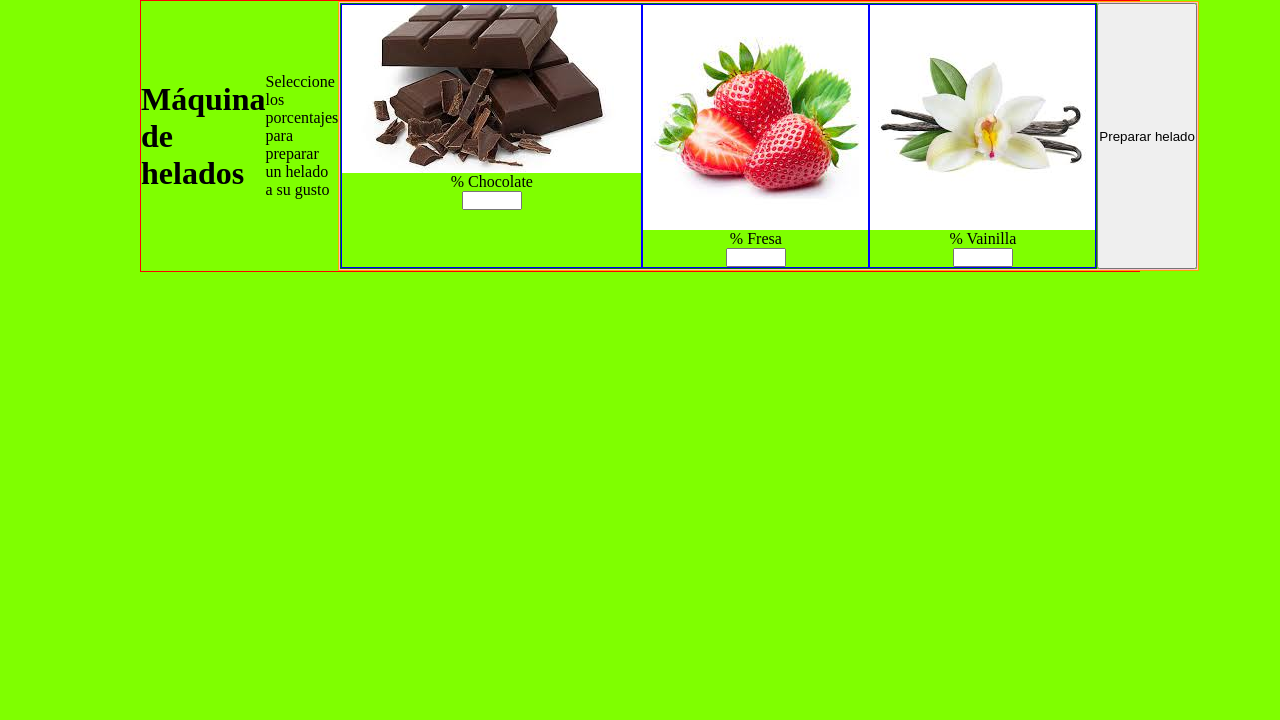
Repository: Ibizus/ejercicios_JSP
Page: http://localhost/ejercicios_Hector/ejercicio10/index.jsp
An editor plug-in stored every save of this project. The page is shown before and after the next save, followed by the edit.
The browser window is 1280 px wide. The pictures show the whole page.
The page is served by Tomcat 9.

Above is the page before, as saved 2023-11-16 17:55:40.

After the next save:
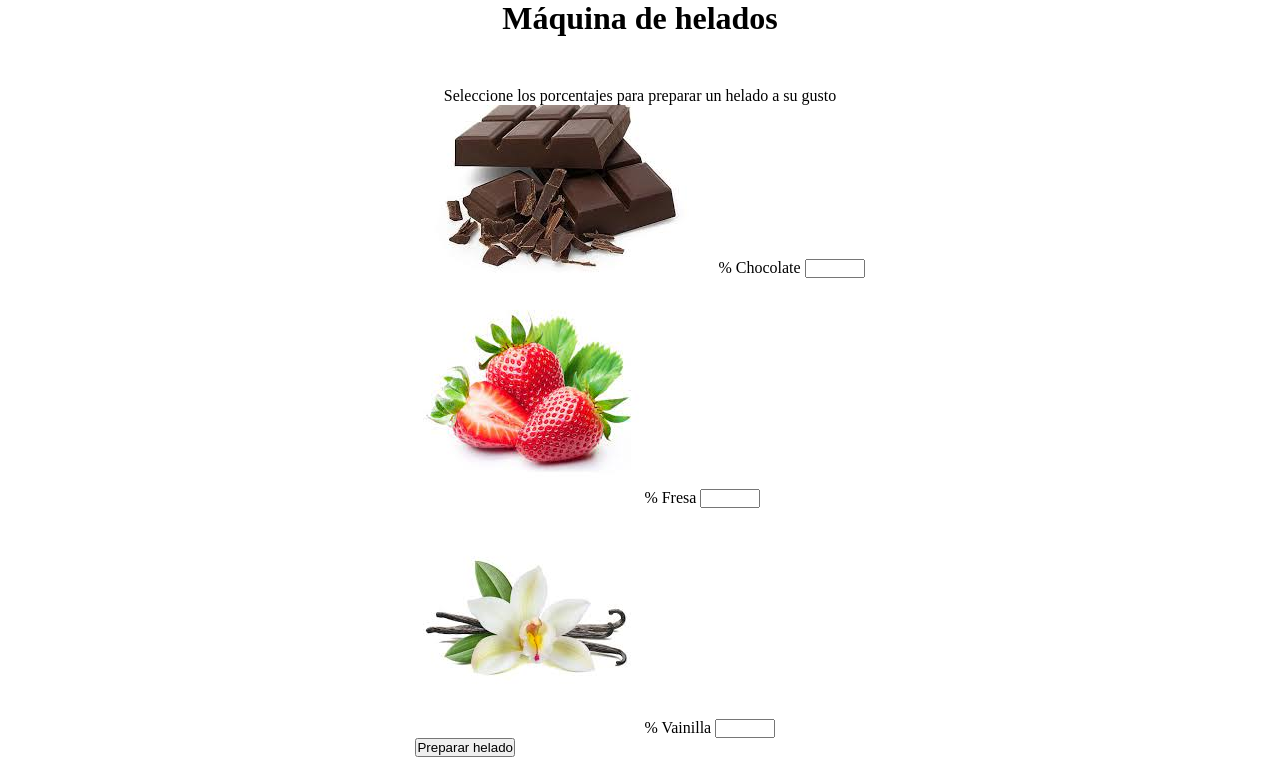
Saved 59 s later.
--- a/ejercicios_Hector/src/main/webapp/ejercicio10/index.jsp
+++ b/ejercicios_Hector/src/main/webapp/ejercicio10/index.jsp
@@ -4,7 +4,7 @@
 <html>
 <head>
 	<meta charset="UTF-8">
-	<link rel="stylesheet" href="css/style.css"/>
+	<link rel="stylesheet" href="css/helado.css"/>
 	<title>Ejercicio 10</title>
 </head>
 <body>

After the save that followed:
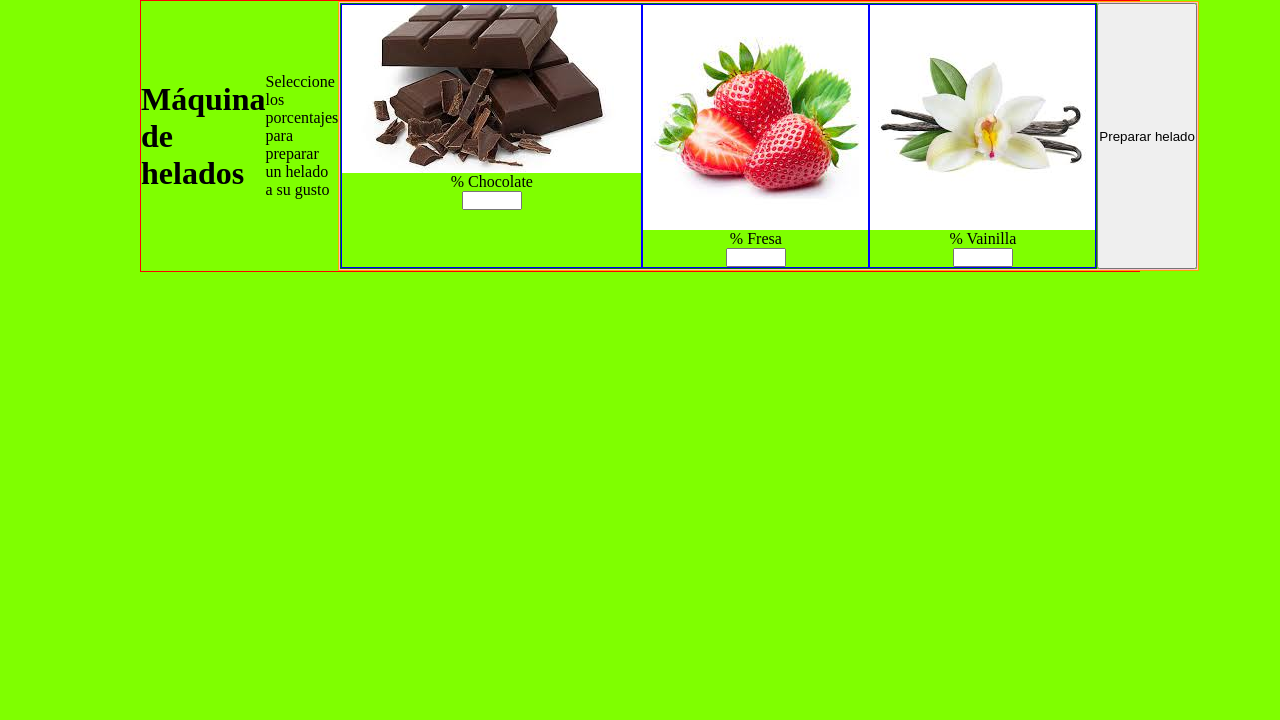
Saved 23 s later.
--- a/ejercicios_Hector/src/main/webapp/ejercicio10/index.jsp
+++ b/ejercicios_Hector/src/main/webapp/ejercicio10/index.jsp
@@ -4,7 +4,7 @@
 <html>
 <head>
 	<meta charset="UTF-8">
-	<link rel="stylesheet" href="css/helado.css"/>
+	<link rel="stylesheet" href="css/style.css"/>
 	<title>Ejercicio 10</title>
 </head>
 <body>
